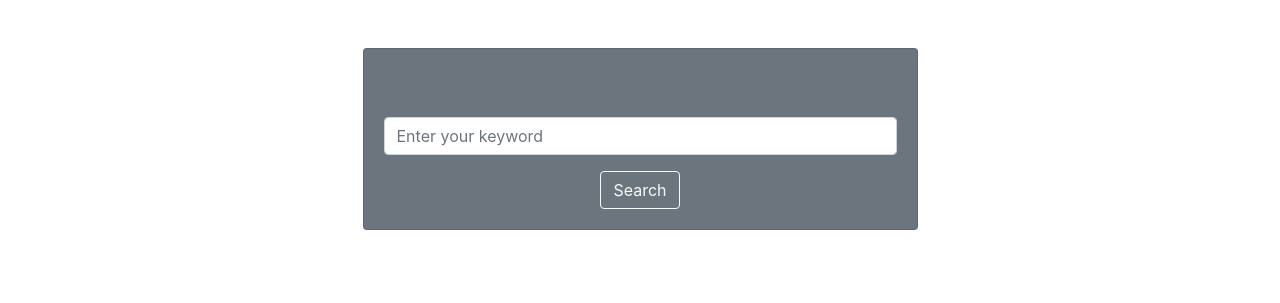
Repository: GovindParve/spring_mvc_maven_search_project
Page: http://localhost/springmvcsearch/home
The author's editor kept a copy of each file at every save. The page is drawn from the files as they stood at one save, then again after the next save.
The browser window is 1280 px wide. The pictures show the whole page.
Some web libraries are served in a nearby version. The page is served by Tomcat 9. Other server files are loaded and not shown.

Above is the page before, as saved 2023-06-17 18:25:23.

### springmvcsearch/src/main/webapp/WEB-INF/spring-servlet.xml
<?xml version="1.0" encoding="UTF-8"?>

<!-- Configuration file -->

<beans xmlns="http://www.springframework.org/schema/beans"
	xmlns:xsi="http://www.w3.org/2001/XMLSchema-instance"
	xmlns:context="http://www.springframework.org/schema/context"
	xmlns:p="http://www.springframework.org/schema/p"
	xmlns:tx="http://www.springframework.org/schema/tx"
    xsi:schemaLocation="
        http://www.springframework.org/schema/beans
        http://www.springframework.org/schema/beans/spring-beans.xsd
        http://www.springframework.org/schema/context
        http://www.springframework.org/schema/context/spring-context.xsd
        http://www.springframework.org/schema/tx
        http://www.springframework.org/schema/tx/spring-tx.xsd
        ">


	<context:component-scan base-package="springmvcsearch"></context:component-scan>


	<bean
		 class="org.springframework.web.servlet.view.InternalResourceViewResolver"
		 name="viewResolver">
		<property name="prefix" value="/WEB-INF/views/" />
		<property name="suffix" value=".jsp" />

	</bean>



</beans>

### springmvcsearch/src/main/webapp/WEB-INF/views/home.jsp
<!doctype html>
<html lang="en">
  <head>
    <!-- Required meta tags -->
    <meta charset="utf-8">
    <meta name="viewport" content="width=device-width, initial-scale=1, shrink-to-fit=no">

    <!-- Bootstrap CSS -->
    <link rel="stylesheet" href="https://cdn.jsdelivr.net/npm/bootstrap@4.0.0/dist/css/bootstrap.min.css" integrity="sha384-Gn5384xqQ1aoWXA+058RXPxPg6fy4IWvTNh0E263XmFcJlSAwiGgFAW/dAiS6JXm" crossorigin="anonymous">

    <title>Hello, world!</title>
  </head>
  <body>
    <div class="container">
    	<div class="card mx-auto mt-5 bg-secondary" style="width: 50%">
    		<div class="card-body">
    			<form action="" class="mt-5">
    				<div class="form-group">
    					<input type="text" name="querybox" placeholder="Enter your keyword" class="form-control" >
    				</div>
    				<div class="container text-center">
    					<button class="btn btn-outline-light">Search</button>
    				</div>
    			</form>
    		</div>
    	</div>
    </div>

    <!-- Optional JavaScript -->
    <!-- jQuery first, then Popper.js, then Bootstrap JS -->
    <script src="https://code.jquery.com/jquery-3.2.1.slim.min.js" integrity="sha384-KJ3o2DKtIkvYIK3UENzmM7KCkRr/rE9/Qpg6aAZGJwFDMVNA/GpGFF93hXpG5KkN" crossorigin="anonymous"></script>
    <script src="https://cdn.jsdelivr.net/npm/popper.js@1.12.9/dist/umd/popper.min.js" integrity="sha384-ApNbgh9B+Y1QKtv3Rn7W3mgPxhU9K/ScQsAP7hUibX39j7fakFPskvXusvfa0b4Q" crossorigin="anonymous"></script>
    <script src="https://cdn.jsdelivr.net/npm/bootstrap@4.0.0/dist/js/bootstrap.min.js" integrity="sha384-JZR6Spejh4U02d8jOt6vLEHfe/JQGiRRSQQxSfFWpi1MquVdAyjUar5+76PVCmYl" crossorigin="anonymous"></script>
  </body>
</html>

### springmvcsearch/src/main/java/springmvcsearch/SearchController.java
package springmvcsearch;

import org.springframework.stereotype.Controller;
import org.springframework.web.bind.annotation.RequestMapping;

@Controller
public class SearchController {


	@RequestMapping("/home")
	public String home()
	{
		System.out.println("going to home");
		return "home";
	}

}

After the next save:
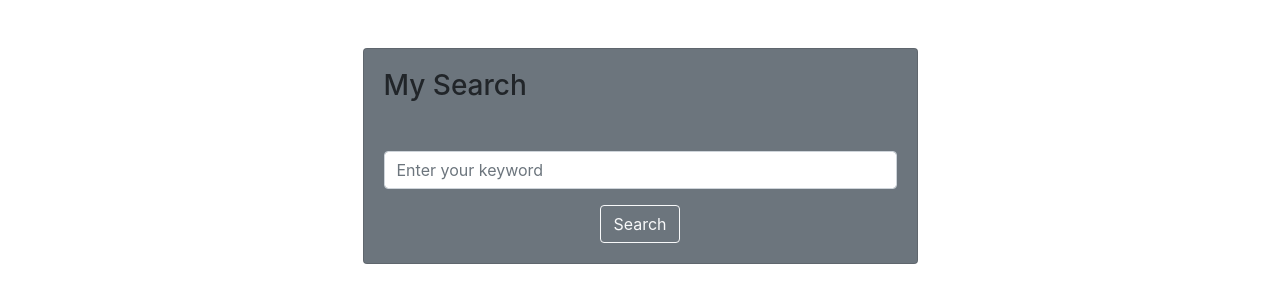
Saved 43 s later.
--- a/springmvcsearch/src/main/webapp/WEB-INF/views/home.jsp
+++ b/springmvcsearch/src/main/webapp/WEB-INF/views/home.jsp
@@ -14,6 +14,9 @@
     <div class="container">
     	<div class="card mx-auto mt-5 bg-secondary" style="width: 50%">
     		<div class="card-body">
+
+    			<h3>My Search</h3>
+
     			<form action="" class="mt-5">
     				<div class="form-group">
     					<input type="text" name="querybox" placeholder="Enter your keyword" class="form-control" >
